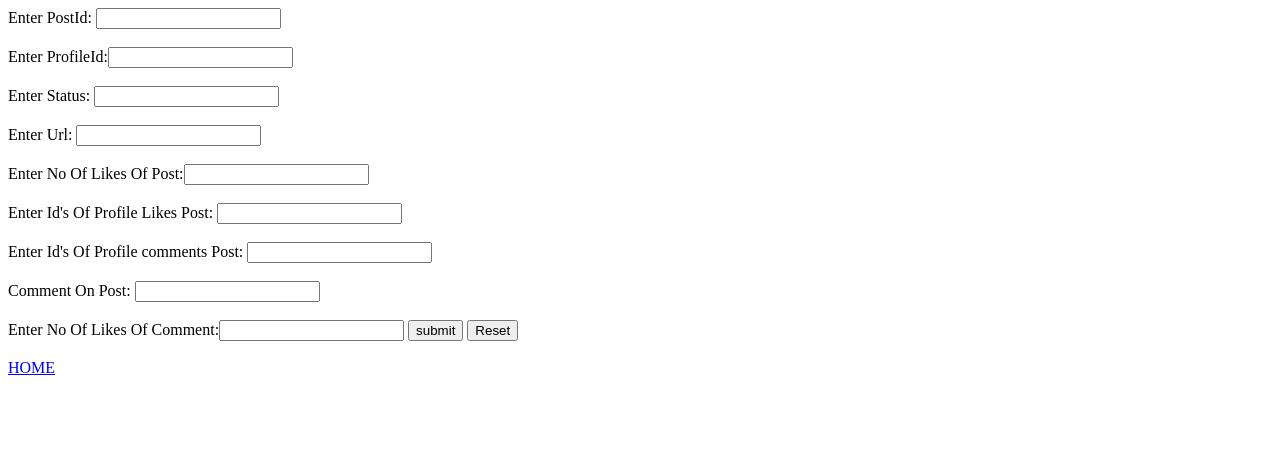
Repository: deepikabachhav/Ally-World-Post
Page: http://localhost/website/WEB-INF/jsp/AddPostForm.jsp
These files come from the project's save history. The page is drawn as it stood at one moment and after the next save; the edit follows.
The browser window is 1280 px wide. The pictures show the whole page.
The page is served by Tomcat 9. Nobody is signed in. The template is opened directly, without the code that normally fills it, so the values that code supplies are empty.

Above is the page before, as saved 2019-02-12 06:34:40.

After the next save:
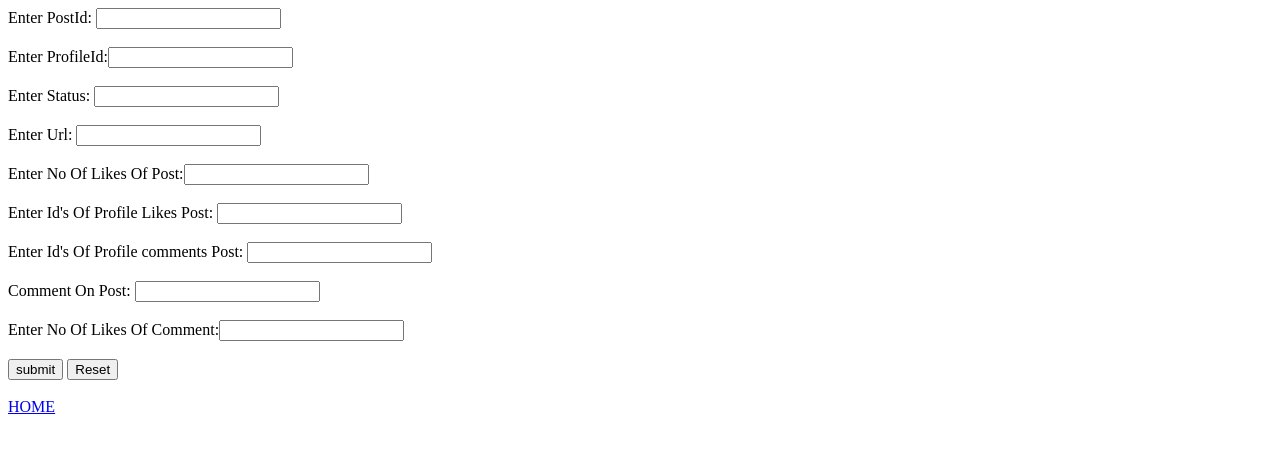
Saved 9 s later.
--- a/website/src/main/webapp/WEB-INF/jsp/AddPostForm.jsp
+++ b/website/src/main/webapp/WEB-INF/jsp/AddPostForm.jsp
@@ -16,7 +16,7 @@
 		Enter Id's Of Profile Likes Post: <input type="text" name="likesProfileId"/> <br /> <br />
 		Enter Id's Of Profile comments Post: <input type="text" name="commentProfileId"/> <br /> <br />
 		Comment On Post: <input type="text" name="comment"/> <br /> <br />
-		Enter No Of Likes Of Comment:<input type="number" name="likesComment">
+		Enter No Of Likes Of Comment:<input type="number" name="likesComment"><br /> <br />
   		<input type="submit" value="submit">
 		<input type="Reset" value="Reset">
 	</form><br />
